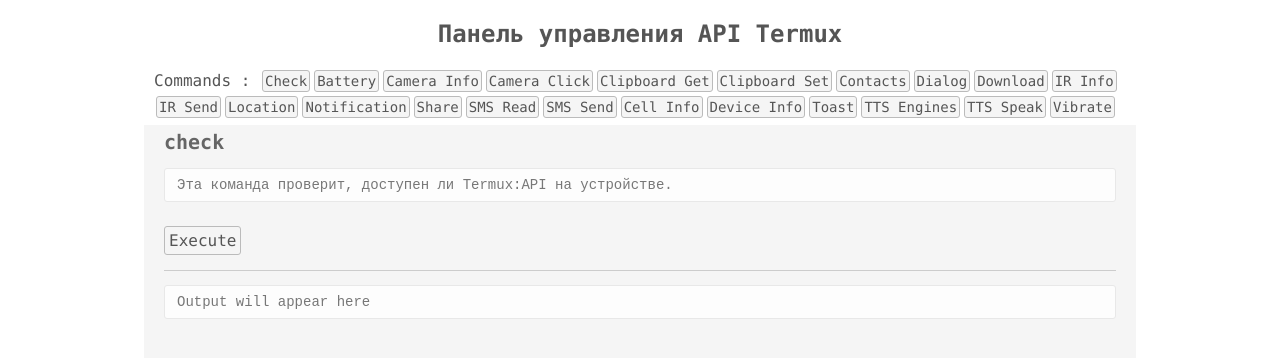
Repository: easy-quest/PHP-Termux-API
Page: http://localhost/api.php
An editor plug-in stored every save of this project. The page is shown before and after the next save, followed by the edit.
The browser window is 1280 px wide. The pictures show the whole page.
The page is run by PHP 8.4 with error messages shown; the project is at /var/www/html/.

Above is the page before, as saved 2021-12-02 01:32:08.

After the next save:
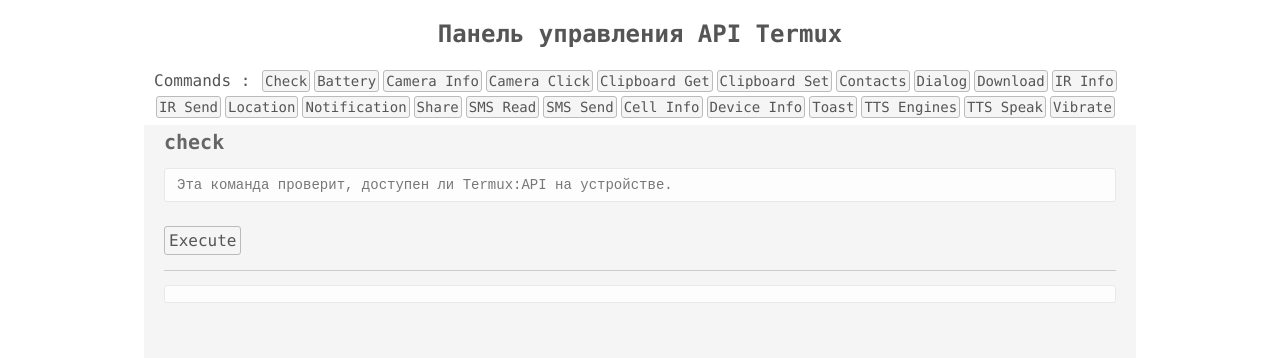
Saved 38 s later.
--- a/api.php
+++ b/api.php
@@ -165,7 +165,7 @@
   var command = api[0].command;
   var param = "";
   var doc = api[0].doc;
-  var msg = "Output will appear here";
+  var msg = "";
 
   document.getElementById("param").hidden= true;
   document.getElementById("response").innerHTML = msg;
